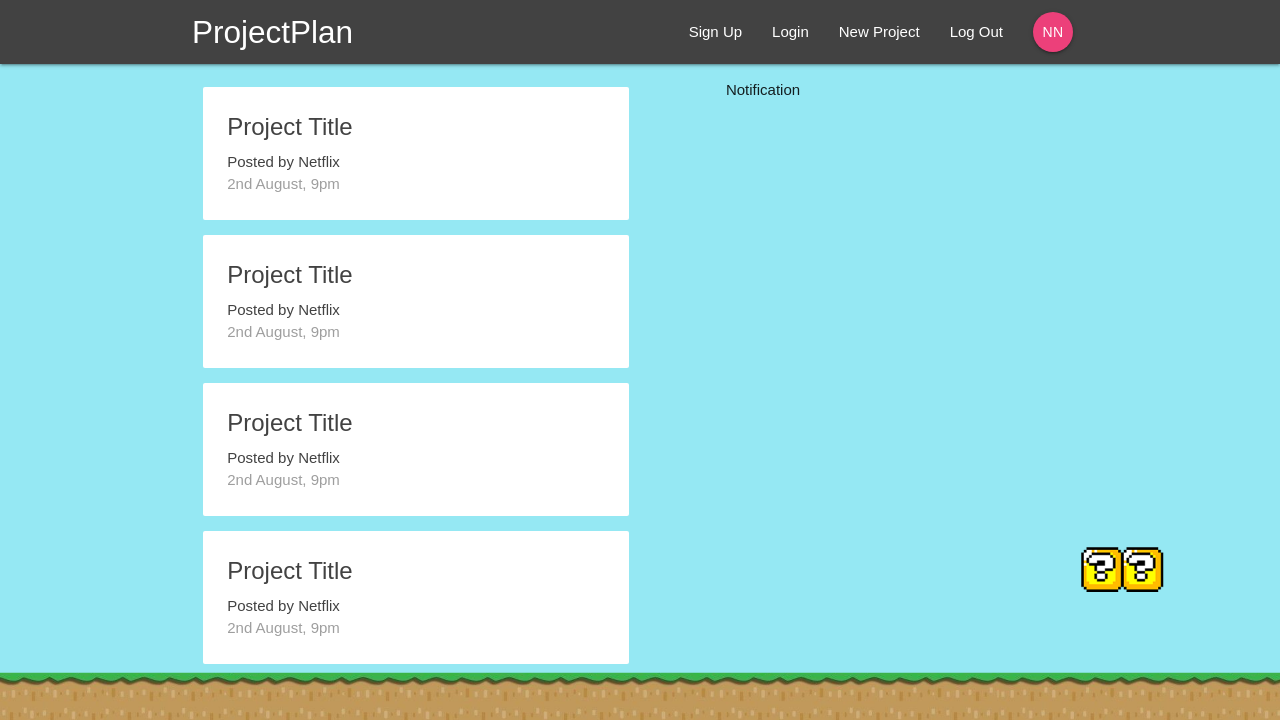
Repository: Ranjan08385/React-Firebase-Project
Page: /
These files come from the project's save history. The page is drawn as it stood at one moment and after the next save; the edit follows.
The browser window is 1280 px wide. The pictures show the whole page.
The project was rebuilt for these pictures with package versions that can differ from the ones it lists, and the page was loaded fresh each time. Also part of the build but not shown: src/Components/projects/ProjectDetails.js, src/Components/auth/SignIn.js, src/Components/auth/SignUp.js, src/Components/projects/CreateProject.js.

Above is the page before, as saved 2019-10-10 15:49:24.

### public/index.html
<!DOCTYPE html>
<html lang="en">
  <head>
    <meta charset="utf-8" />
    <link rel="icon" href="%PUBLIC_URL%/favicon.ico" />
    <meta name="viewport" content="width=device-width, initial-scale=1" />
    <meta name="theme-color" content="#000000" />
    <meta
      name="description"
      content="Web site created using create-react-app"
    />
    <link rel="apple-touch-icon" href="logo192.png" />
    <!--
      manifest.json provides metadata used when your web app is installed on a
      user's mobile device or desktop. See https://developers.google.com/web/fundamentals/web-app-manifest/
    -->
    <link rel="manifest" href="%PUBLIC_URL%/manifest.json" />
    <!--
      Notice the use of %PUBLIC_URL% in the tags above.
      It will be replaced with the URL of the `public` folder during the build.
      Only files inside the `public` folder can be referenced from the HTML.

      Unlike "/favicon.ico" or "favicon.ico", "%PUBLIC_URL%/favicon.ico" will
      work correctly both with client-side routing and a non-root public URL.
      Learn how to configure a non-root public URL by running `npm run build`.
    -->
    <!--Import Google Icon Font-->
    <!-- Compiled and minified CSS -->
    <link
      rel="stylesheet"
      href="https://cdnjs.cloudflare.com/ajax/libs/materialize/1.0.0/css/materialize.min.css"
    />

    <!-- Compiled and minified JavaScript -->
    <script src="https://cdnjs.cloudflare.com/ajax/libs/materialize/1.0.0/js/materialize.min.js"></script>
    <title>React App</title>
  </head>
  <body>
    <noscript>You need to enable JavaScript to run this app.</noscript>
    <div id="root"></div>
    <!--
      This HTML file is a template.
      If you open it directly in the browser, you will see an empty page.

      You can add webfonts, meta tags, or analytics to this file.
      The build step will place the bundled scripts into the <body> tag.

      To begin the development, run `npm start` or `yarn start`.
      To create a production bundle, use `npm run build` or `yarn build`.
    -->
  </body>
</html>

### src/index.js
import React from "react";
import ReactDOM from "react-dom";
import "./index.css";
import App from "./App";
import * as serviceWorker from "./serviceWorker";
import { createStore } from "redux";
import rootReducer from "./store/reducers/rootReducer";
import { Provider } from "react-redux";

const store = createStore(rootReducer);

ReactDOM.render(
  <Provider store={store}>
    <App />
  </Provider>,
  document.getElementById("root")
);

serviceWorker.unregister();

### src/index.css
html {
  min-height: 100%;
}
body {
  margin: 0;
  padding: 0;
  font-family: sans-serif;
  background: url("/img/project-bg.png") no-repeat;
  background-size: 100%;
  background-position: bottom;
  background-color: #95e8f3;
  min-height: 100%;
}

form {
  padding: 20px;
  margin-top: 50px;
}

form button,
form h5 {
  margin: 20px 0;
}

input[type="text"]:not(.browser-default):focus:not([readonly]),
input[type="email"]:not(.browser-default):focus:not([readonly]),
input[type="password"]:not(.browser-default):focus:not([readonly]),
textarea.materialize-textarea:focus:not([readonly]) {
  border-color: #ec407a;
  box-shadow: none;
}

### src/App.js
import React from "react";
import { BrowserRouter as Router, Route, Switch } from "react-router-dom";
import Navbar from "./Components/layouts/Navbar";
import Dashboard from "./Components/dashboard/Dashboard";
import ProjectDetails from "./Components/projects/ProjectDetails";
import SignIn from "./Components/auth/SignIn";
import SignUp from "./Components/auth/SignUp";
import CreateProject from "./Components/projects/CreateProject";

function App() {
  return (
    <Router>
      <div className="App">
        <Navbar />
        <Switch>
          <Route exact path="/" component={Dashboard} />
          <Route path="/project/:id" component={ProjectDetails} />
          <Route path="/signin" component={SignIn} />
          <Route path="/signup" component={SignUp} />
          <Route path="/create" component={CreateProject} />
        </Switch>
      </div>
    </Router>
  );
}

export default App;

### src/store/reducers/rootReducer.js
import authReducer from "./authReducer";
import projectReducer from "./projectReducer";

import { combineReducers } from "redux";

const rootReducer = combineReducers({
  auth: authReducer,
  project: projectReducer
});

export default rootReducer;

### src/Components/layouts/Navbar.js
import React from "react";
import { Link } from "react-router-dom";
import SignInLink from "./SignInLink";
import SignOutLink from "./SignOutLink";
const Navbar = () => {
  return (
    <nav className="nav-wrapper grey darken-3">
      <div className="container">
        <Link to="/" className="brand-logo">
          ProjectPlan
        </Link>
        <SignInLink />
        <SignOutLink />
      </div>
    </nav>
  );
};

export default Navbar;

### src/Components/dashboard/Dashboard.js
import React, { Component } from "react";
import Notifications from "./Notification";
import ProjectList from "../projects/ProjectList";
import { connect } from "react-redux";

class Dashboard extends Component {
  render() {
    // console.log(this.props);
    const { projects } = this.props;
    return (
      <div className="Dashboard container">
        <div className="row">
          <div className="col s12 m6">
            <ProjectList projects={projects} />
          </div>
          <div className="col s12 m5 offset-m1">
            <Notifications />
          </div>
        </div>
      </div>
    );
  }
}

const mapStateToProps = state => {
  return {
    projects: state.project.projects
  };
};

export default connect(mapStateToProps)(Dashboard);

### src/store/reducers/authReducer.js
const initialState = {};

const authReducer = (state = initialState, action) => {
  return state;
};

export default authReducer;

### src/store/reducers/projectReducer.js
const initialState = {
  projects: [
    { id: 1, title: "abc", content: "jsndvjnfv" },
    { id: 2, title: "xyz", content: "erfsdsdavd" },
    { id: 3, title: "asd", content: "sadvargvxcxvzx" }
  ]
};

const projectReducer = (state = initialState, action) => {
  return state;
};

export default projectReducer;

### src/Components/layouts/SignInLink.js
import React from "react";
import { NavLink } from "react-router-dom";
const SignInLink = () => {
  return (
    <ul className="right">
      <li>
        <NavLink to="/create">New Project</NavLink>
      </li>
      <li>
        <NavLink to="/">Log Out</NavLink>
      </li>
      <li>
        <NavLink to="/" className="btn btn-floating pink lighten-1">
          NN
        </NavLink>
      </li>
    </ul>
  );
};

export default SignInLink;

### src/Components/layouts/SignOutLink.js
import React from "react";
import { NavLink } from "react-router-dom";
const SignOutLink = () => {
  return (
    <ul className="right">
      <li>
        <NavLink to="/signup">Sign Up</NavLink>
      </li>
      <li>
        <NavLink to="/signin">Login</NavLink>
      </li>
    </ul>
  );
};

export default SignOutLink;

### src/Components/dashboard/Notification.js
import React from "react";

const Notification = () => {
  return (
    <div>
      <p>Notification</p>
    </div>
  );
};

export default Notification;

### src/Components/projects/ProjectList.js
import React from "react";
import ProjectSummary from "./ProjectSummary";

const ProjectList = ({ projects }) => {
  return (
    <div className="project-list section">
      <ProjectSummary />
      <ProjectSummary />
      <ProjectSummary />
      <ProjectSummary />
    </div>
  );
};

export default ProjectList;

### src/Components/projects/ProjectSummary.js
import React from "react";

const ProjectSummary = () => {
  return (
    <div className="card z-depth-0 project-summary">
      <div className="card-content grey-text text-darken-3">
        <span className="card-title">Project Title</span>
        <p>Posted by Netflix</p>
        <p className="grey-text">2nd August, 9pm</p>
      </div>
    </div>
  );
};

export default ProjectSummary;

Loaded but not shown: src/serviceWorker.js (common file)

After the next save:
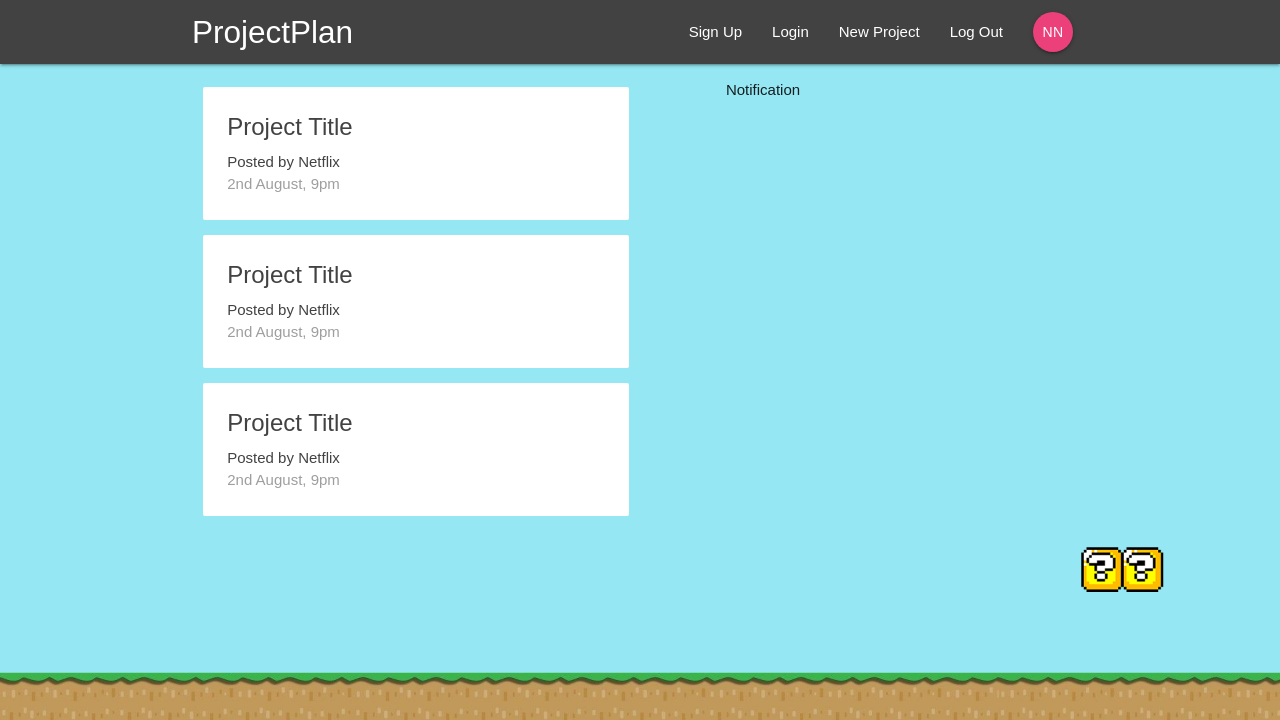
Saved 3 min 58 s later.
--- a/src/Components/projects/ProjectList.js
+++ b/src/Components/projects/ProjectList.js
@@ -4,10 +4,10 @@
 const ProjectList = ({ projects }) => {
   return (
     <div className="project-list section">
-      <ProjectSummary />
-      <ProjectSummary />
-      <ProjectSummary />
-      <ProjectSummary />
+      {projects &&
+        projects.map(project => {
+          return <ProjectSummary project={project} />;
+        })}
     </div>
   );
 };
